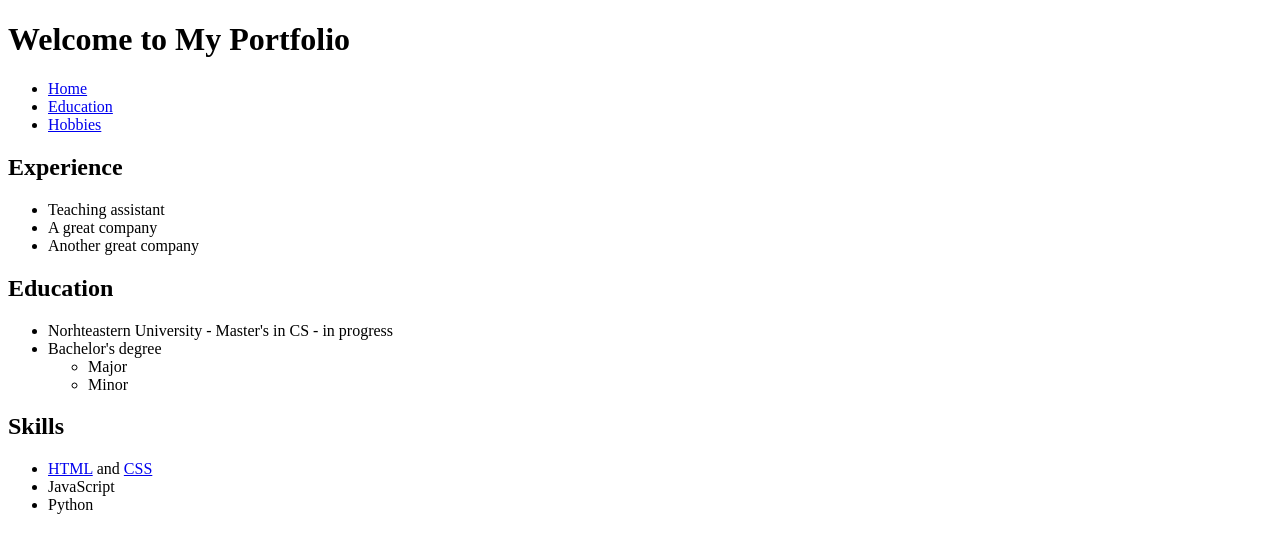
Repository: liulian26/CS5610
Page: assignment-1-liulian26/index.html
The author's editor kept a copy of each file at every save. The page is drawn from the files as they stood at one save, then again after the next save.
The browser window is 1280 px wide. The pictures show the whole page.

Above is the page before, as saved 2025-01-29 22:07:08.

After the next save:
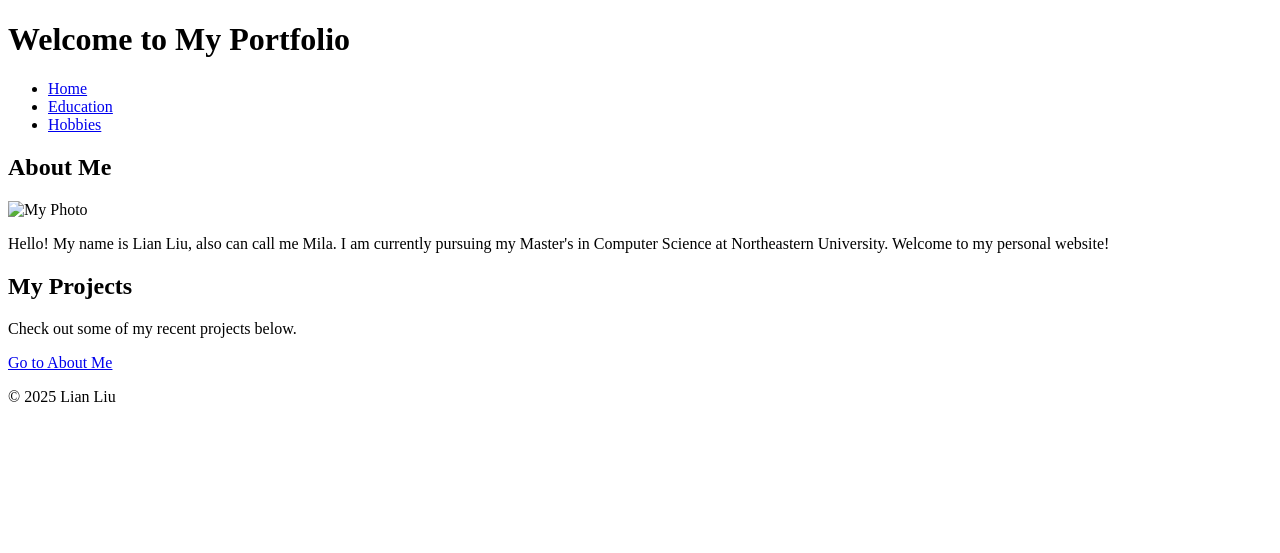
Not found: assignment-1-liulian26/images/myphoto.jpg
Saved 2 min 59 s later.
--- a/assignment-1-liulian26/index.html
+++ b/assignment-1-liulian26/index.html
@@ -22,41 +22,22 @@
     </header>
 
     <main>
-      <section class="experience">
-        <h2>Experience</h2>
-        <ul>
-          <li>Teaching assistant</li>
-          <li>A great company</li>
-          <li>Another great company</li>
-        </ul>
-      </section>
+      <section id="about">
+        <h2>About Me</h2>
+        <img src="images/myphoto.jpg" alt="My Photo">
+        <p>Hello! My name is Lian Liu, also can call me Mila. I am currently pursuing my Master's in Computer Science at Northeastern University. Welcome to my personal website!</p>
+    </section>
 
 
-      <section class="education">
-        <h2>Education</h2>
-        <ul class="education-list">
-          <li>Norhteastern University - Master's in CS - in progress</li>
-          <li>
-            Bachelor's degree
-            <ul>
-              <li>Major</li>
-              <li>Minor</li>
-            </ul>
-          </li>
-        </ul>
-      </section>
 
-      <section class="skills">
-        <h2>Skills</h2>
-        <ul>
-          <li>
-            <a href="https://en.wikipedia.org/wiki/HTML"> HTML</a> and
-            <a href="https://en.wikipedia.org/wiki/CSS">CSS </a>
-          </li>
-          <li>JavaScript</li>
-          <li>Python</li>
-        </ul>
-      </section>
+      <section class="projects">
+        <h2>My Projects</h2>
+        <p>Check out some of my recent projects below.</p>
+            <a href="#about">Go to About Me</a> <!-- 内部链接 -->
+        </section>
     </main>
+
+    <footer>
+        <p>&copy; 2025 Lian Liu</p>
   </body>
 </html>
